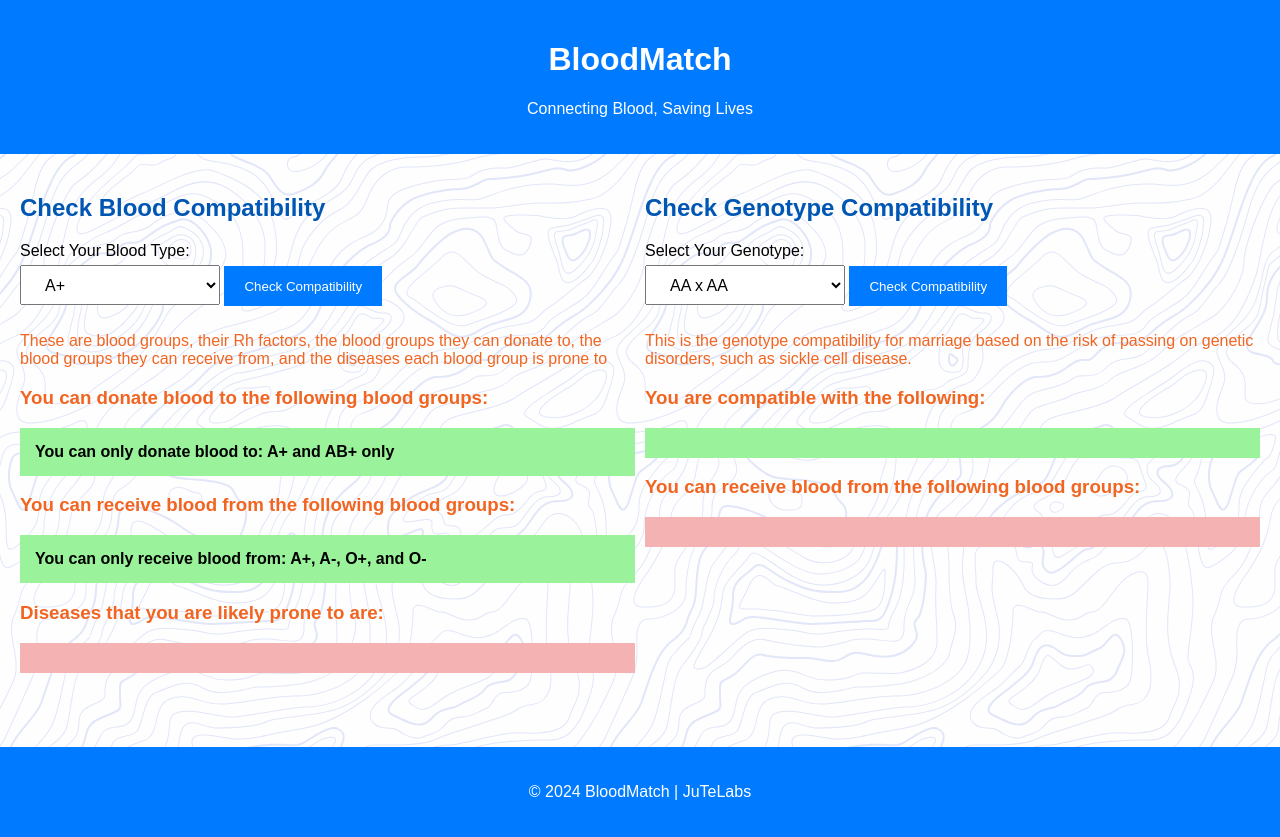
Repository: JuliusMonday/BloodMatch
Page: index.html
The author's editor kept a copy of each file at every save. The page is drawn from the files as they stood at one save, then again after the next save.
The browser window is 1280 px wide. The pictures show the whole page.
After loading, the first visible `button` was clicked once.

Above is the page before, as saved 2024-05-03 12:10:55.

### index.html
<!DOCTYPE html>
<html lang="en">
<head>
  <meta charset="UTF-8">
  <meta name="viewport" content="width=device-width, initial-scale=1.0">
  <title>BloodMatch</title>
  <link rel="stylesheet" href="style.css">
</head>
<body>
  <header>
    <h1>BloodMatch</h1>
    <p>Connecting Blood, Saving Lives</p>
  </header>
  <main>
    <section id="bloodType">
      <h1>Check Blood Compatibility</h1>
      <label for="selectBloodType">Select Your Blood Type:</label>
      <select id="selectBloodType">
        <option value="A+">A+</option>
        <option value="A-">A-</option>
        <option value="B+">B+</option>
        <option value="B-">B-</option>
        <option value="AB+">AB+</option>
        <option value="AB-">AB-</option>
        <option value="O+">O+</option>
        <option value="O-">O-</option>
      </select>
      <button onclick="checkBloodCompatibility()">Check Compatibility</button>
      <div id="compatibilityResult">
        <p class="p-s"> These are blood groups, their Rh factors, the blood groups they can donate to, the blood groups they can receive from, and the diseases each blood group is prone to</p>
        <div class="donate-to">
            <h3>You can donate blood to the following blood groups:</h3>
            <p id="donate-to-bg" style="background-color:rgb(154, 243, 154); padding:15px; font-weight: bold;"></p>
        </div>
        <div class="receive-from">
            <h3>You can receive blood from the following blood groups:</h3>
            <p id="receive-from-bg" style="background-color:rgb(154, 243, 154); padding:15px; font-weight: bold;"></p>
        </div>
        <div class="disease">
          <h3>Diseases that you are likely prone to are:</h3>
          <p id="diseases" style="background-color:rgb(245, 178, 178); padding:15px; font-weight: bold;"></p>
      </div>
      </div>
    </section>
    <section id="genotype">
      <h1>Check Genotype Compatibility</h1>
      <label for="selectGenotype">Select Your Genotype:</label>
      <select id="selectGenotype">
        <option value="AA x AA">AA x AA</option>
        <option value="AA x AS">AA x AS</option>
        <option value="AS x AS">AS x AS</option>
        <option value="SS x SS">SS x SS</option>
        <option value="AS x SC">AS x SC (rare)</option>
    </select>
      <button onclick="checkGenotypeCompatibility()">Check Compatibility</button>
      <div id="genotypeResult">
        <p class="p-s">This is the genotype compatibility for marriage based on the risk of passing on genetic disorders, such as sickle cell disease.</p>
        <div class="compatible-Gn">
            <h3>You are compatible with the following:</h3>
            <p id="compatible-Gns" style="background-color:rgb(154, 243, 154); padding:15px; font-weight: bold;"></p>
        </div>
        <div class="non-compatible">
            <h3>You can receive blood from the following blood groups:</h3>
            <p id="non-compatible-Gns" style="background-color: rgb(245, 178, 178); padding:15px; font-weight: bold;"></p>
        </div>
      </div>
    </div>
    </section>
  </main>
  <footer>
    <p>&copy; 2024 BloodMatch | JuTeLabs</p>
  </footer>
  <script src="script.js"></script>
</body>
</html>

### script.js
const checkBloodCompatibility = () =>{
    let selectedBloodType = document.getElementById("selectBloodType").value;
    let canDonateTo = document.getElementById("donate-to-bg");
    let canReceiveFrom = document.getElementById("receive-from-bg");
    let diseaseProne
     // Logic to determine compatible blood types
    switch(selectedBloodType) {
      case "A+":
        canDonateTo.textContent = `You can only donate blood to: A+ and AB+ only`;
        canReceiveFrom.textContent = `You can only receive blood from: A+, A-, O+, and O-`;
        break;
      case "A-":
        canDonateTo.textContent = `You can only donate blood to: A+, A-, AB+, AB- only`;
        canReceiveFrom.textContent = `You can only receive blood from: A-, and O-`;
        break;
      case "B+":
        canDonateTo.textContent = `You can only donate blood to: A+ and AB+ only`;
        canReceiveFrom.textContent = `You can only receive blood from: B+, and AB+`;
        break;
      case "B-":
        canDonateTo.textContent = `You can only donate blood to: AB-, AB+, B+, and B- only`;
        canReceiveFrom.textContent = `You can only receive blood from: B-, and O-`;
        break;
      case "AB+":
        canDonateTo.textContent = `You can only donate blood to: AB+ only`;
        canReceiveFrom.textContent = `You can only receive blood from: EVERYONE✨✔🙌`;
        break;
      case "AB-":
        canDonateTo.textContent = `You can only donate blood to: AB+ and AB- only`;
        canReceiveFrom.textContent = `You can only receive blood from: AB-, A-, B-, and O-`;
        break;
      case "O+":
        canDonateTo.textContent = `You can only donate blood to: A+, AB+, B+, AND O+ only`;
        canReceiveFrom.textContent = `You can only receive blood from: O+, and O-`;
        break;
      case "O-":
        canDonateTo.textContent = `You can only donate blood to: EVERYONE✨✔🙌`;
        canReceiveFrom.textContent = `You can only receive blood from: Only O-`;
        break;
    }

  }

  const checkGenotypeCompatibility = () => {
    let selectedGenotype = document.getElementById("selectGenotype").value;
    let canMarry = document.getElementById("compatible-Gns");
    let cannotMary = document.getElementById("non-compatible-Gns")


    // Logic to determine compatible genotypes
    switch(selectedGenotype) {
      case "AA x AA":
        canMarry.textContent = `Offspring Genotype Possibilities: AA (all children)`
        cannotMary.textContent = `SCD Risk in Offspring: No SCD risk`
        break;
      case "AA x AS":
        canMarry.textContent = `Offspring Genotype Possibilities: AA (50%) & AS (50%)`
        cannotMary.textContent = `SCD Risk in Offspring: No SCD risk for AA children, AS carriers for 50%`
        break;
      case "AS x AS":
        canMarry.textContent = `Offspring Genotype Possibilities: AA (25%), AS (50%), SS (25%)`
        cannotMary.textContent = `SCD Risk in Offspring: No SCD risk for AA children, 25% chance of SCD for SS children, 50% AS carriers`
        break;
      case "AS x SS":
        canMarry.textContent = `Offspring Genotype Possibilities: AS (50%) & SS (50%)`
        cannotMary.textContent = `SCD Risk in Offspring: 50% chance of SCD for both AS and SS children`
        break;
      case "SS x SS":
        canMarry.textContent = `Offspring Genotype Possibilities: SS (all children)`
        cannotMary.textContent = `SCD Risk in Offspring: All children will have SCD`
        break;
      case "AS x SC":
        canMarry.textContent = `Offspring Genotype Possibilities: AS (variable %), SC (variable %), SS (variable %)`
        cannotMary.textContent = `SCD Risk in Offspring: Varies depending on specific SC genotype - consult a genetic counselor`

    }
  }

Loaded but not shown: style.css (library)

After the next save:
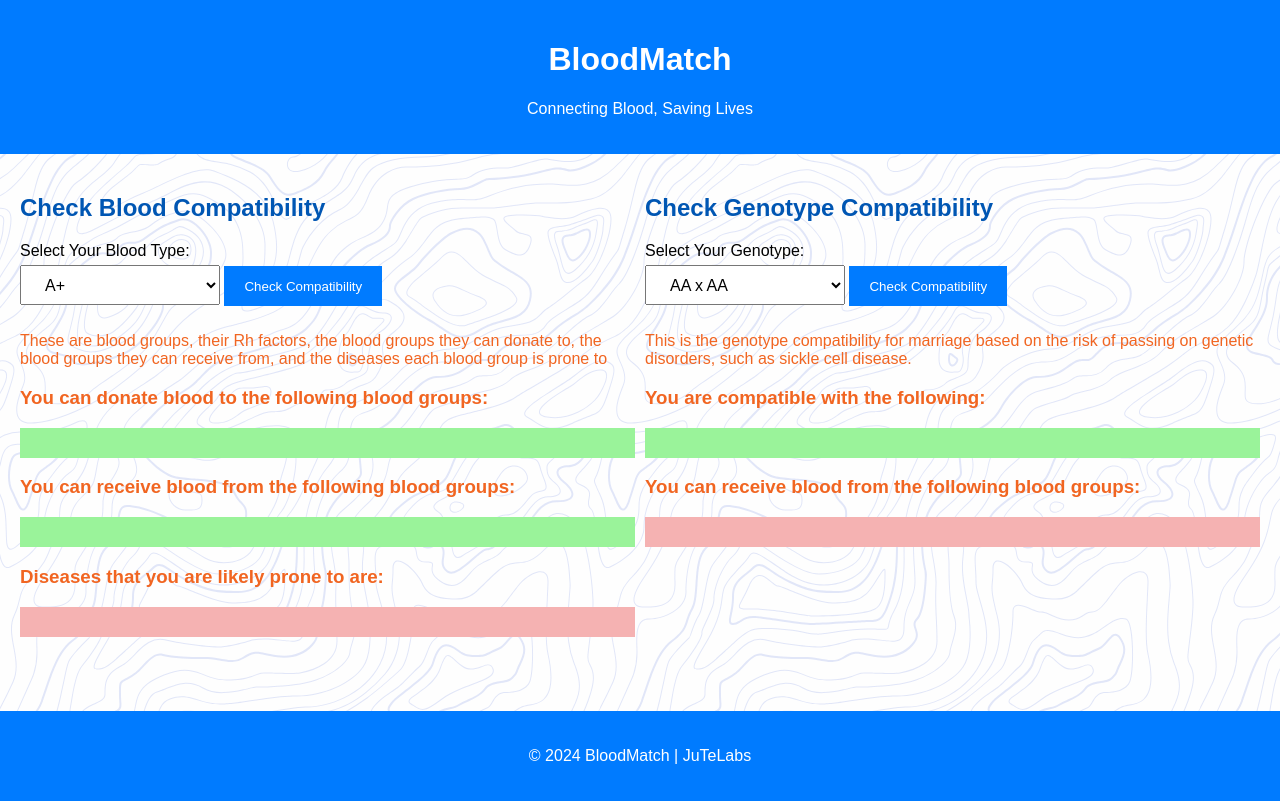
Console error: ReferenceError: docu is not defined
Saved 5 s later.
--- a/script.js
+++ b/script.js
@@ -2,7 +2,7 @@
     let selectedBloodType = document.getElementById("selectBloodType").value;
     let canDonateTo = document.getElementById("donate-to-bg");
     let canReceiveFrom = document.getElementById("receive-from-bg");
-    let diseaseProne
+    let diseaseProneTo = docu
      // Logic to determine compatible blood types
     switch(selectedBloodType) {
       case "A+":

After the save that followed:
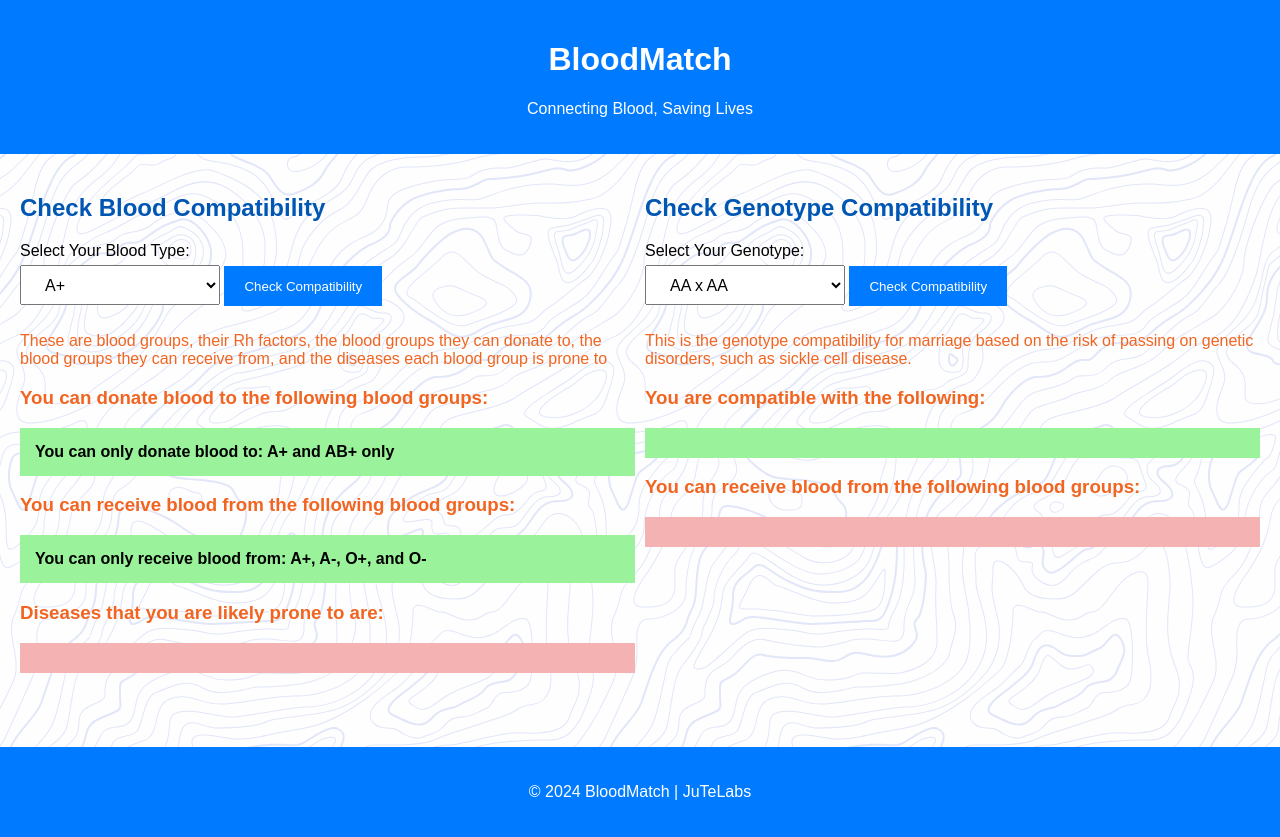
The error is gone.
Saved 6 s later.
--- a/script.js
+++ b/script.js
@@ -2,7 +2,7 @@
     let selectedBloodType = document.getElementById("selectBloodType").value;
     let canDonateTo = document.getElementById("donate-to-bg");
     let canReceiveFrom = document.getElementById("receive-from-bg");
-    let diseaseProneTo = docu
+    let diseaseProneTo = document.get
      // Logic to determine compatible blood types
     switch(selectedBloodType) {
       case "A+":
